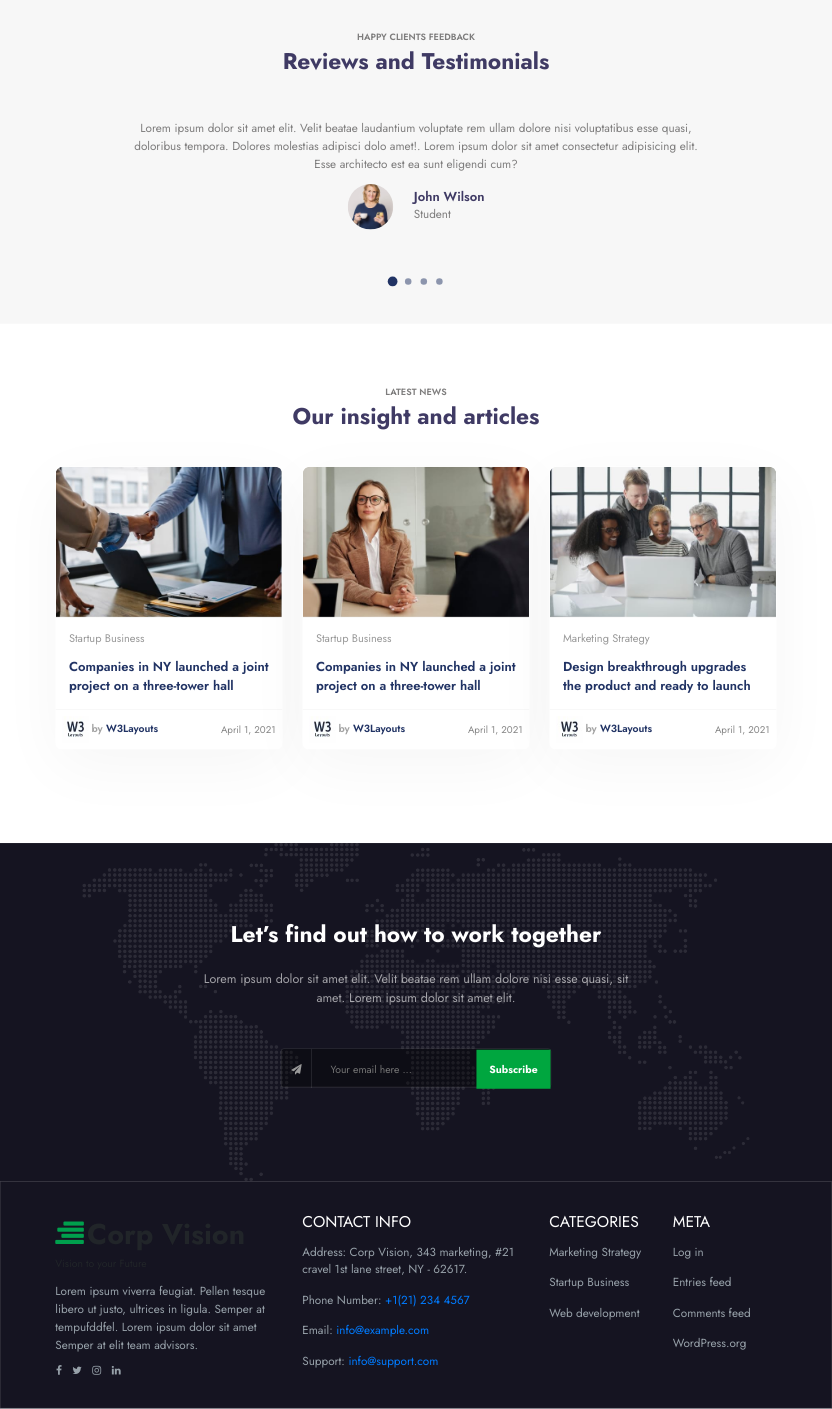
Repository: khaipnp/corpvision
Page: index.html
These files come from the project's save history. The page is drawn as it stood at one moment and after the next save; the edit follows.
The browser window is 1280 px wide. The pictures show the whole page, at 65% of full size.

Above is the page before, as saved 2021-07-04 15:11:22.

### index.html
<!DOCTYPE html>
<html lang="en">
  <head>
    <meta charset="UTF-8" />
    <meta http-equiv="X-UA-Compatible" content="IE=edge" />
    <meta name="viewport" content="width=device-width, initial-scale=1.0" />
    <title>Corpvision</title>
    <meta name="description" content="Corpvision Website" />
    <!-- FONT-GOOGLE -->
    <link rel="preconnect" href="https://fonts.gstatic.com" />
    <link
      href="https://fonts.googleapis.com/css2?family=Jost:ital,wght@0,100;0,200;0,300;0,400;0,500;0,600;0,700;0,800;0,900;1,400&display=swap"
      rel="stylesheet"
    />
    <!-- FONT-AWSOME -->
    <link
      rel="stylesheet"
      href="https://cdnjs.cloudflare.com/ajax/libs/font-awesome/5.15.3/css/all.min.css"
      integrity="sha512-iBBXm8fW90+nuLcSKlbmrPcLa0OT92xO1BIsZ+ywDWZCvqsWgccV3gFoRBv0z+8dLJgyAHIhR35VZc2oM/gI1w=="
      crossorigin="anonymous"
      referrerpolicy="no-referrer"
    />
    <link rel="stylesheet" href="./css/font-awesome.min.css" />
    <!-- OWL CAROUSEL -->
    <link
      rel="stylesheet"
      href="https://cdnjs.cloudflare.com/ajax/libs/OwlCarousel2/2.3.4/assets/owl.carousel.min.css"
      integrity="sha512-tS3S5qG0BlhnQROyJXvNjeEM4UpMXHrQfTGmbQ1gKmelCxlSEBUaxhRBj/EFTzpbP4RVSrpEikbmdJobCvhE3g=="
      crossorigin="anonymous"
      referrerpolicy="no-referrer"
    />
    <link
      rel="stylesheet"
      href="https://cdnjs.cloudflare.com/ajax/libs/OwlCarousel2/2.3.4/assets/owl.theme.default.css"
      integrity="sha512-OTcub78R3msOCtY3Tc6FzeDJ8N9qvQn1Ph49ou13xgA9VsH9+LRxoFU6EqLhW4+PKRfU+/HReXmSZXHEkpYoOA=="
      crossorigin="anonymous"
      referrerpolicy="no-referrer"
    />
    <!-- BOOTSTRAP -->
    <link
      rel="stylesheet"
      href="https://cdn.jsdelivr.net/npm/bootstrap@4.6.0/dist/css/bootstrap.min.css"
      integrity="sha384-B0vP5xmATw1+K9KRQjQERJvTumQW0nPEzvF6L/Z6nronJ3oUOFUFpCjEUQouq2+l"
      crossorigin="anonymous"
    />
    <!-- MAIN CSS -->
    <link rel="stylesheet" href="./css/main.css" />
  </head>
  <body>
    <header></header>
    <section class="feedback">
      <div class="feedback__content py-5">
        <div class="container">
          <h5 class="small-title col-12 text-center">Happy clients Feedback</h5>
          <h3 class="big-title col-12 text-center">Reviews and Testimonials</h3>
          <div class="testimonials owl-carousel owl-theme">
            <div class="testimonials__item">
              <p class="text-center col-12">
                Lorem ipsum dolor sit amet elit. Velit beatae laudantium
                voluptate rem ullam dolore nisi voluptatibus esse quasi,
                doloribus tempora. Dolores molestias adipisci dolo amet!. Lorem
                ipsum dolor sit amet consectetur adipisicing elit. Esse
                architecto est ea sunt eligendi cum?
              </p>
              <div
                class="
                  testimonials__desc
                  row
                  align-items-center
                  justify-content-center
                "
              >
                <div class="avatar mr-3">
                  <img src="./img/team1.jpg" alt="team 1" />
                </div>
                <div class="name ml-3">
                  <h3>John Wilson</h3>
                  <p>Student</p>
                </div>
              </div>
            </div>
            <div class="testimonials__item">
              <p class="text-center col-12">
                Lorem ipsum dolor sit amet elit. Velit beatae laudantium
                voluptate rem ullam dolore nisi voluptatibus esse quasi,
                doloribus tempora. Dolores molestias adipisci dolo amet!. Lorem
                ipsum dolor sit amet consectetur adipisicing elit. Esse
                architecto est ea sunt eligendi cum?
              </p>
              <div
                class="
                  testimonials__desc
                  row
                  align-items-center
                  justify-content-center
                "
              >
                <div class="avatar mr-3">
                  <img src="./img/team2.jpg" alt="team 2" />
                </div>
                <div class="name ml-3">
                  <h3>Julia Sakura</h3>
                  <p>Student</p>
                </div>
              </div>
            </div>
            <div class="testimonials__item">
              <p class="text-center col-12">
                Lorem ipsum dolor sit amet elit. Velit beatae laudantium
                voluptate rem ullam dolore nisi voluptatibus esse quasi,
                doloribus tempora. Dolores molestias adipisci dolo amet!. Lorem
                ipsum dolor sit amet consectetur adipisicing elit. Esse
                architecto est ea sunt eligendi cum?
              </p>
              <div
                class="
                  testimonials__desc
                  row
                  align-items-center
                  justify-content-center
                "
              >
                <div class="avatar mr-3">
                  <img src="./img/team3.jpg" alt="team 3" />
                </div>
                <div class="name ml-3">
                  <h3>Roy Linderson</h3>
                  <p>Student</p>
                </div>
              </div>
            </div>
            <div class="testimonials__item">
              <p class="text-center col-12">
                Lorem ipsum dolor sit amet elit. Velit beatae laudantium
                voluptate rem ullam dolore nisi voluptatibus esse quasi,
                doloribus tempora. Dolores molestias adipisci dolo amet!. Lorem
                ipsum dolor sit amet consectetur adipisicing elit. Esse
                architecto est ea sunt eligendi cum?
              </p>
              <div
                class="
                  testimonials__desc
                  row
                  align-items-center
                  justify-content-center
                "
              >
                <div class="avatar mr-3">
                  <img src="./img/team4.jpg" alt="team 4" />
                </div>
                <div class="name ml-3">
                  <h3>Smith Johnson</h3>
                  <p>Student</p>
                </div>
              </div>
            </div>
          </div>
        </div>
      </div>
    </section>
    <section class="news py-5">
      <div class="news__content py-5">
        <div class="container">
          <h5 class="small-title col-12 text-center">LATEST NEWS</h5>
          <h3 class="big-title col-12 text-center">Our insight and articles</h3>
          <div class="row py-5">
            <div class="news__item col-md-6 col-lg-4">
              <div class="news__card">
                <div class="card__thumbnail p-0 position-relative">
                  <img src="./img/blog1.jpg" alt="blog 1" />
                </div>
                <div class="card__content">
                  <p>Startup Business</p>
                  <a href="#">Companies in NY launched a joint project on a three-tower
                    hall</a>
                </div>
                <div class="card__footer">
                  <span><img src="./img/icon.jpeg" alt="" /> by <a href="#">W3Layouts</a></span>
                  <p>April 1, 2021</p>
                </div>
              </div>
            </div>
            <div class="news__item col-md-6 col-lg-4">
              <div class="news__card">
                <div class="card__thumbnail p-0 position-relative">
                  <img src="./img/blog2.jpg" alt="blog 1" />
                </div>
                <div class="card__content">
                  <p>Startup Business</p>
                  <a href="#">Companies in NY launched a joint project on a three-tower
                    hall</a>
                </div>
                <div class="card__footer">
                  <span><img src="./img/icon.jpeg" alt="" /> by <a href="#">W3Layouts</a></span>
                  <p>April 1, 2021</p>
                </div>
              </div>
            </div>
            <div class="news__item col-md-6 col-lg-4">
              <div class="news__card">
                <div class="card__thumbnail p-0 position-relative">
                  <img src="./img/blog3.jpg" alt="blog 1" />
                </div>
                <div class="card__content">
                  <p>Marketing Strategy</p>
                  <a href="#">Design breakthrough upgrades the product and ready to launch</a>
                </div>
                <div class="card__footer">
                  <span><img src="./img/icon.jpeg" alt="" /> by <a href="#">W3Layouts</a></span>
                  <p>April 1, 2021</p>
                </div>
              </div>
            </div>
          </div>
        </div>
      </div>
    </section>
    <div class="subscribe py-5">
      <div class="container">
        <div class="sub__box my-5 mx-auto align-items-center justify-content-center">
          <h3 class="big-title py-4 col-12 text-center">Let’s find out how to work together<h3>
          <p class="col-12 text-center">Lorem ipsum dolor sit amet elit. Velit beatae rem ullam dolore nisi esse quasi, sit amet. Lorem ipsum dolor sit amet elit.</p>
          <div class="input__email justify-content-center py-5">
            <form>
              <i class="fa fa-paper-plane"></i>
              <input type="email" placeholder="Your email here ...">
              <button>Subscribe</button>
            </form>
          </div>
        </div>
      </div>
    </div>
    <footer>
      <div class="footer__info container py-5">
        <div class="row">
          <div class="footer__content col-md-6 col-lg-4">
            <div class="logo__footer__content pb-3">
              <div class="logo__footer"><i class="fa fa-align-right"></i>Corp Vision</div>
              <div class="slogan">Vision to your Future</div>
            </div>
            <p>Lorem ipsum viverra feugiat. Pellen tesque libero ut justo, ultrices in ligula. Semper at tempufddfel. Lorem ipsum dolor sit amet Semper at elit team advisors.</p>
            <div class="social__network row justify-content-start">
              <i class="fa fa-facebook pl-3"></i>
              <i class="fa fa-twitter pl-3"></i>
              <i class="fa fa-instagram pl-3"></i>
              <i class="fa fa-linkedin pl-3"></i>
            </div>
          </div>
          <div class="footer__content col-md-6 col-lg-4 mt-md-0 mt-5">
            <h4>CONTACT INFO</h4>
            <ul class="list-group list-group-flush">
              <li class="list-group-item">Address: Corp Vision, 343 marketing, #21 cravel 1st lane street, NY - 62617.</li>
              <li class="list-group-item">Phone Number: <a href="tel:+1212344567">+1(21) 234 4567</a></li>
              <li class="list-group-item">Email: <a href="mailto:">info@example.com</a></li>
              <li class="list-group-item">Support: <a href="mailto:">info@support.com</a></li>
            </ul>
          </div>
          <div class="footer__content col-md-6 col-lg-2 mt-lg-0 mt-5">
            <h4>CATEGORIES</h4>
            <ul class="list-group list-group-flush">
              <li class="list-group-item">Marketing Strategy</li>
              <li class="list-group-item">Startup Business</li>
              <li class="list-group-item">Web development</li>
            </ul>
          </div>
          <div class="footer__content col-md-6 col-lg-2 mt-lg-0 mt-5">
            <h4>META</h4>
            <ul class="list-group list-group-flush">
              <li class="list-group-item">Log in</li>
              <li class="list-group-item">Entries feed</li>
              <li class="list-group-item">Comments feed</li>
              <li class="list-group-item">WordPress.org</li>
            </ul>
          </div>
        </div>
      </div>
    </footer>
    <!-- SCRIPT -->
    <!-- BOOTSTRAP -->
    <script
      src="https://cdnjs.cloudflare.com/ajax/libs/jquery/3.6.0/jquery.js"
      integrity="sha512-n/4gHW3atM3QqRcbCn6ewmpxcLAHGaDjpEBu4xZd47N0W2oQ+6q7oc3PXstrJYXcbNU1OHdQ1T7pAP+gi5Yu8g=="
      crossorigin="anonymous"
      referrerpolicy="no-referrer"
    ></script>
    <script
      src="https://cdn.jsdelivr.net/npm/bootstrap@4.6.0/dist/js/bootstrap.bundle.min.js"
      integrity="sha384-Piv4xVNRyMGpqkS2by6br4gNJ7DXjqk09RmUpJ8jgGtD7zP9yug3goQfGII0yAns"
      crossorigin="anonymous"
    ></script>
    <!-- OWL CAROUSEL -->
    <script src="./js/owl.carousel.min.js"></script>
    <script>
      $(document).ready(function () {
        $(".owl-carousel").owlCarousel({
          navigation: false,
          slideSpeed: 300,
          paginationSpeed: 400,
          singleItem: true,
          items: 1,
          // itemsDesktop : false,
          // itemsDesktopSmall : false,
          // itemsTablet: false,
          // itemsMobile : false
        });
      });
    </script>
  </body>
</html>

### css/main.css
* {
  padding: 0;
  margin: 0;
  box-sizing: border-box;
}

html,
body {
  font-family: "Jost", sans-serif;
  background: #fff;
}

.small-title {
  color: #7e7d7d;
  font-size: 14px;
  font-weight: 600;
  text-transform: uppercase;
}

.big-title {
  color: #3f3a64;
  font-size: 35px;
  font-weight: 700;
}

/* FEEDBACK */
.feedback {
  background-color: #f7f7f7;
}

.testimonials__item {
  margin: 60px auto;
  display: block;
  max-width: 900px;
  height: auto;
}

.testimonials__item p {
  color: #7e7d7d;
  font-size: 18px;
  line-height: 28px;
}

.testimonials__desc .avatar {
  width: 70px;
  height: 70px;
  overflow: hidden;
  border-radius: 50%;
}

.testimonials__desc .avatar img {
  width: 100%;
  height: 100%;
  object-fit: cover;
}

.name h3 {
  font-size: 20px;
  margin: 0;
  font-weight: 600;
  color: #3f3a64;
}
.name p {
  font-style: normal;
  margin-bottom: 0;
}

.owl-theme .owl-dots .owl-dot.active span,
.owl-theme .owl-dots .owl-dot span {
  background: rgba(33, 51, 100, 0.5);
  transform: scale(1);
  transition: all 0.5s;
}

.owl-theme .owl-dots .owl-dot.active span,
.owl-theme .owl-dots .owl-dot:hover span {
  background: #213364 !important;
  transform: scale(1.5);
}

/* NEWS */
.news__card {
  background-color: #fff;
  box-shadow: 0 25px 98px 0 rgb(0 0 0 / 4%);
  border: 1px solid transparent;
  border-radius: 10px;
}

.card__thumbnail {
  overflow: hidden;
  border-radius: 10px 10px 0 0;
}

.card__thumbnail img {
  width: 100%;
  border-radius: 10px 10px 0 0;
  object-fit: cover;
  cursor: pointer;
  transition: all 0.5s;
}

.card__thumbnail img:hover {
  transform: scale(1.15);
}

.card__content {
  padding: 20px;
}

.card__content p {
  color: #999;
  font-size: 17px;
  font-weight: 400;
}

.card__content a {
  text-decoration: none;
  color: #213364;
  font-size: 20px;
  font-weight: 600;
  transition: all 0.5s;
  cursor: pointer;
}

.card__content a:hover {
  color: #00a63f;
}

.card__footer {
  display: flex;
  justify-content: space-between;
  align-items: center;
  border-top: 1px solid rgba(126, 125, 125, 0.1);
  padding: 10px;
}

.card__footer a {
  color: #213364;
  font-size: 1rem;
  font-weight: 600;
  cursor: pointer;
  transition: all 0.5s;
  text-decoration: none;
}

.card__footer a:hover {
  color: #00a63f;
}

.card__footer img {
  cursor: pointer;
}

.card__footer span {
  color: rgb(102, 102, 102, 0.6);
  font-weight: 600;
}

.card__footer p {
  margin-bottom: 0;
  font-size: 15px;
  color: rgb(102, 102, 102, 0.8);
}

/* SUBCRIBE */
.subscribe {
  background-image: url(../img/map.png);
  background-color: #151421;
  background-size: contain;
  background-repeat: no-repeat;
  background-position: center;
}

.sub__box {
  max-width: 700px;
}

.sub__box .big-title {
  color: #fff;
}

.sub__box p {
  font-size: 1.2rem;
  color: rgba(255, 255, 255, 0.6);
  line-height: 1.5;
  font-weight: 400;
}

.input__email {
  display: flex;
}

.input__email form {
  border: 1px solid rgb(255, 255, 255, 0.15);
  border-radius: 5px;
  height: 60px;
  background: rgb(0, 0, 0, 0.35);
  max-width: 550px;
}

.input__email input {
  color: #999;
  padding: 20px 20px;
  border: none;
  font-size: 1rem;
  outline: none;
  background: none;
}

.input__email button {
  background-color: #00a63f;
  color: #fff;
  height: 60px;
  padding: 0 20px;
  border: none;
  font-size: 1rem;
  font-weight: 700;
  line-height: 60px;
  text-align: center;
}

.input__email i {
  text-align: center;
  color: #999;
  font-size: 1rem;
  border-right: 1px solid rgb(255, 255, 255, 0.15);
  line-height: 60px;
  padding: 0 15px;
}

/* FOOTER */

footer {
  background-color: #151421;
  border: 1px solid rgb(255, 255, 255, 0.15);
}

.footer__content p {
  color: #97a1a9;
  font-size: 18px;
  line-height: 28px;
}

.logo__footer {
  display: inline-block;
  font-size: 44px;
  font-weight: bold;
}

.logo__footer i {
  color: #009f4d !important;
  font-size: 44px !important;
  margin-right: 5px;
}

.footer__content a {
  text-decoration: none !important;
}

.footer__content i {
  color: #97a1a9;
}

.footer__content h4 {
  color: #fefefe;
  font-weight: normal;
}

.footer__content .list-group-item {
  background-color: transparent !important;
  color: #97a1a9;
  border: none !important;
  font-size: 18px;
  padding: 10px 0 !important;
}

Loaded but not shown: css/font-awesome.min.css (library); js/owl.carousel.min.js (library)

After the next save:
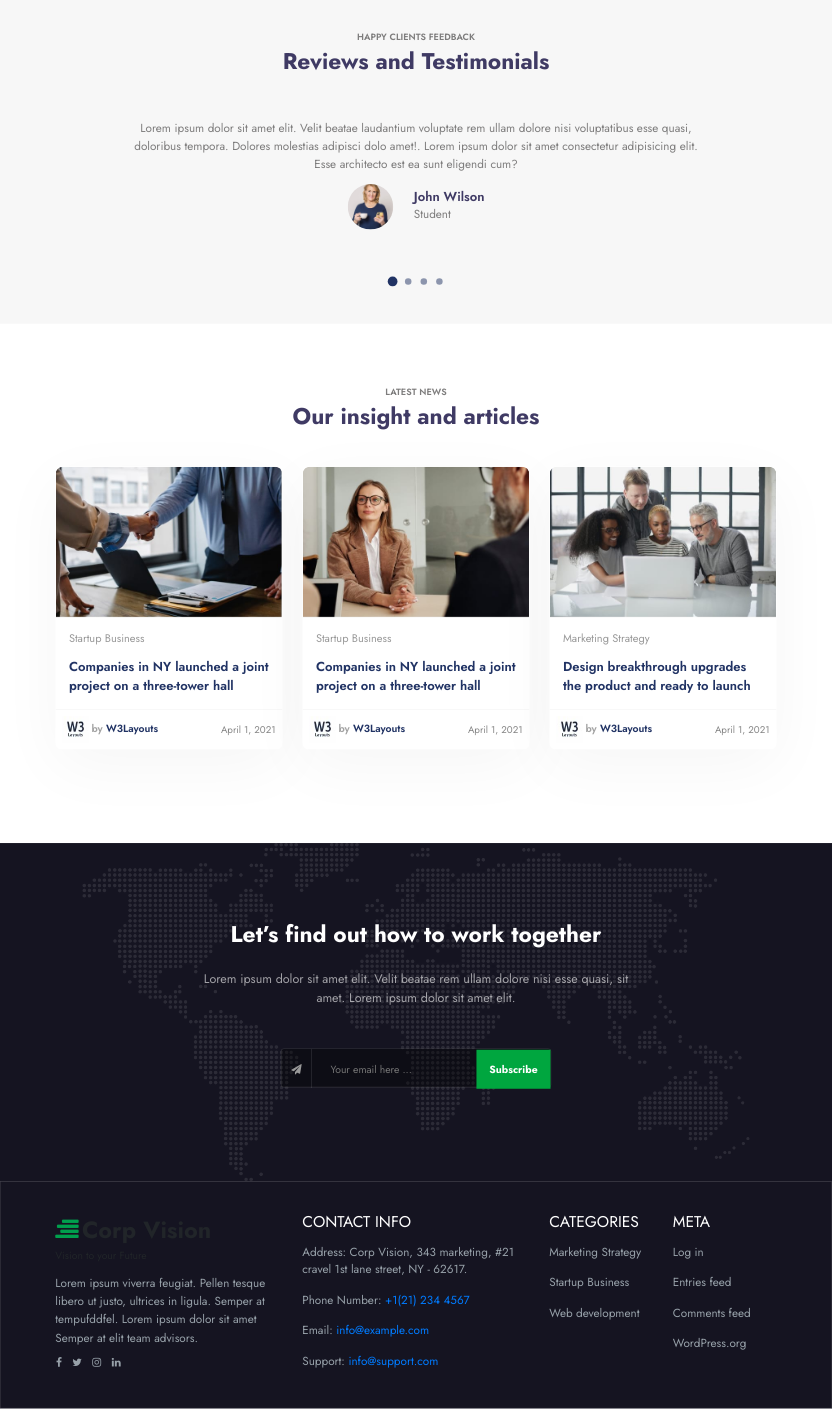
Saved 13 s later.
--- a/css/main.css
+++ b/css/main.css
@@ -243,13 +243,13 @@ footer {
 
 .logo__footer {
   display: inline-block;
-  font-size: 44px;
+  font-size: 36px;
   font-weight: bold;
 }
 
 .logo__footer i {
   color: #009f4d !important;
-  font-size: 44px !important;
+  font-size: 36px !important;
   margin-right: 5px;
 }
 
